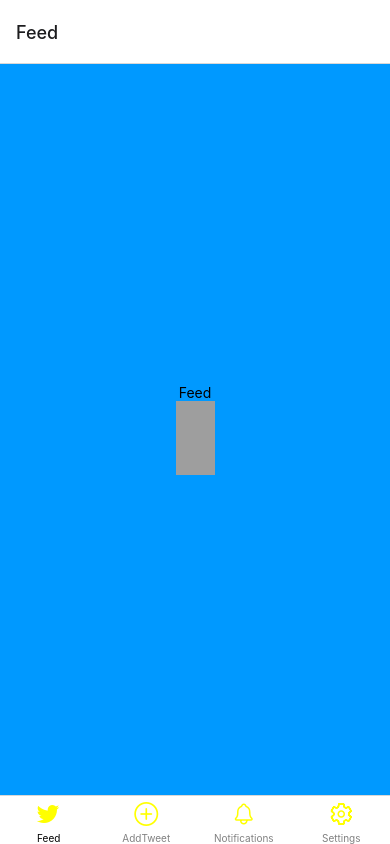
Repository: Deyvid-Kasteh/ReactNativeNavigationTraining
Screen: /
The author's editor kept a copy of each file at every save. The screen is drawn from the files as they stood at one save, then again after the next save.
Pictures or frames that could not be fetched are drawn as grey boxes. The app was drawn by React Native's web renderer in a window 390 px wide. The project was rebuilt for these pictures with package versions that can differ from the ones it lists, and the page was loaded fresh each time. Also part of the build but not shown: screens/BottomTab/Notifications.js, screens/BottomTab/AddTweet.js, screens/BottomTab/Settings.js.

Above is the screen before, as saved 2023-08-03 16:52:44.

After the next save:
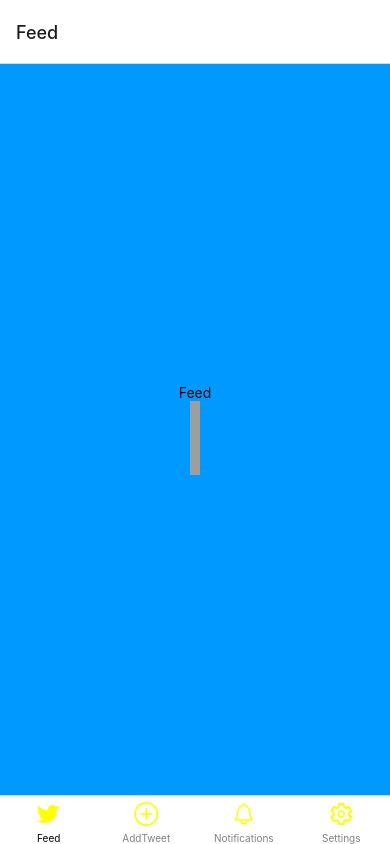
Saved 14 s later.
--- a/screens/BottomTab/Feed.js
+++ b/screens/BottomTab/Feed.js
@@ -25,7 +25,7 @@ export default function Feed() {
     return (
       <View style={styles.container}>
         <Text>Feed</Text>
-        <Image style={{width: '10%', height: '10%'}}
+        <Image style={{width: 10, height: '10%'}}
           source={{
             uri: "https://avatars.githubusercontent.com/u/99744584?s=96&v=4",
           }}
